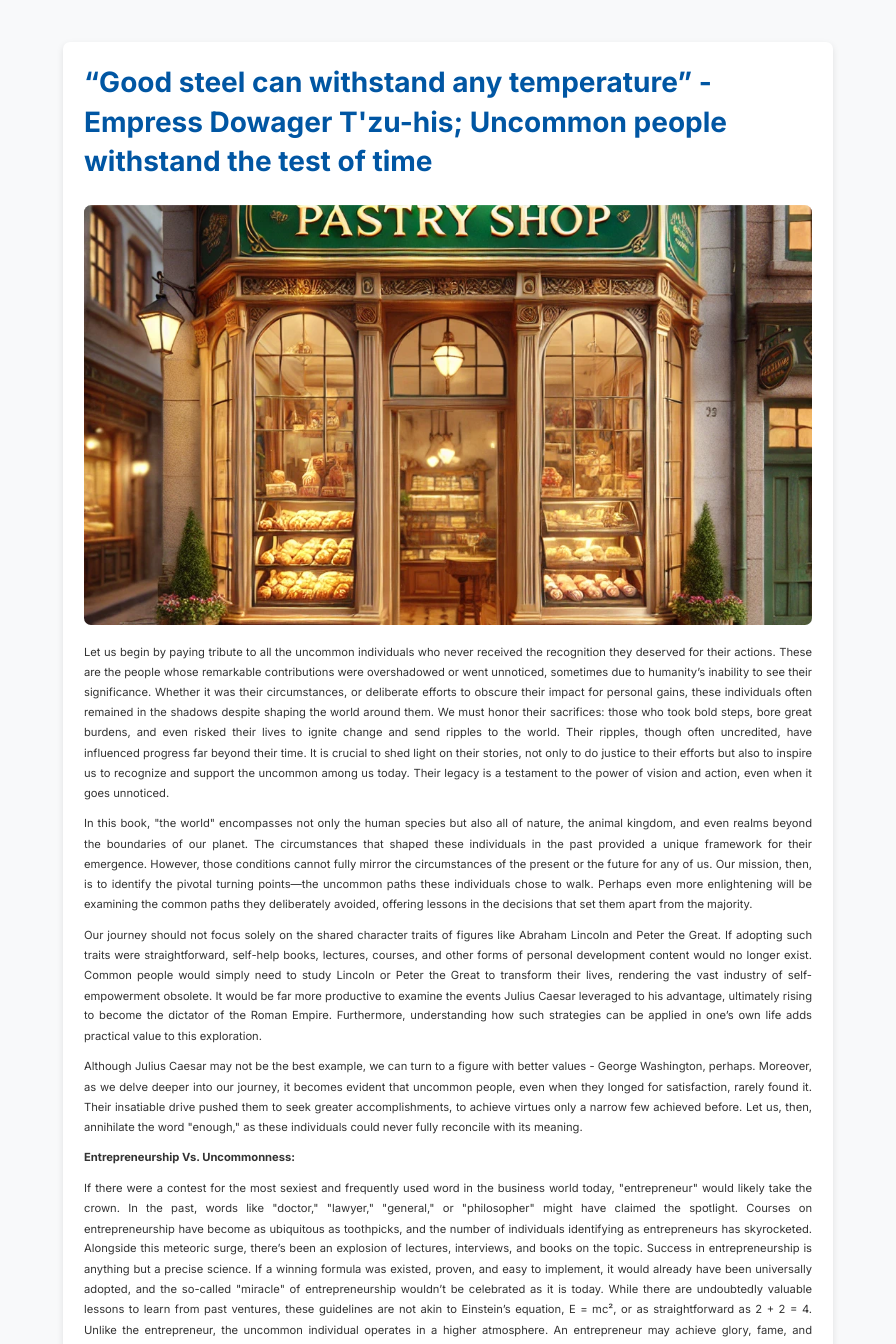
Repository: AvivGranot/Uncommon-Website
Page: Assets/Posts/post2.html
An editor plug-in stored every save of this project. The page is shown before and after the next save, followed by the edit.
The browser window is 1280 px wide. The pictures show the part of the page from y = 0 to 1920 px (the page is 2848 px tall before and 2748 px after), at 70% of full size.

Above is the page before, as saved 2025-01-10 00:01:51.

After the next save:
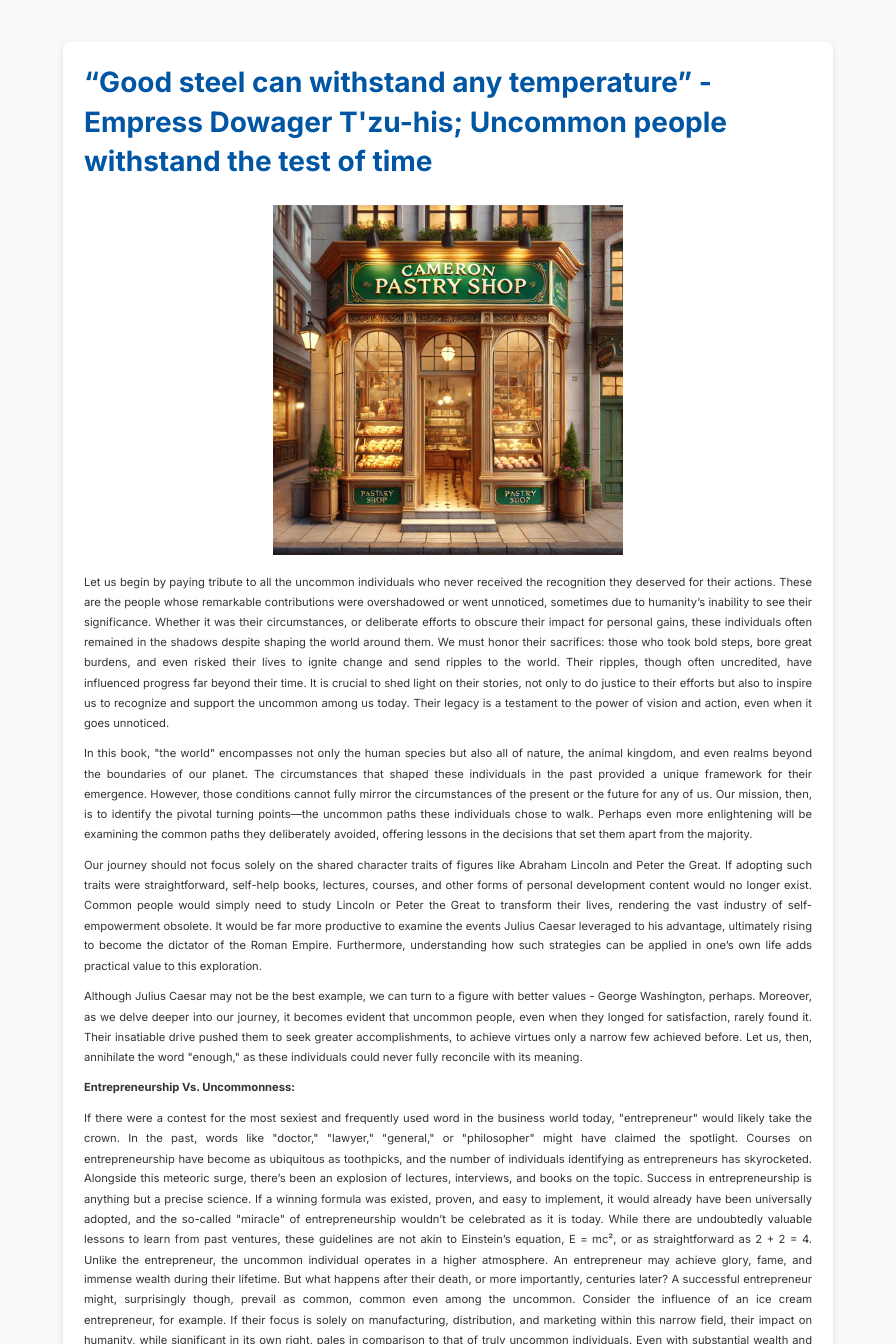
Saved 86 s later.
--- a/Assets/Posts/post2.html
+++ b/Assets/Posts/post2.html
@@ -43,13 +43,15 @@
         }
 
         .image {
-    width: 100%; /* Ensure it takes full width of the container */
-    max-width: 1200px; /* Increase the maximum width for a wider appearance */
-    max-height: 600px; /* Adjust the height limit as needed */
-    object-fit: cover; /* Ensures the image maintains its aspect ratio */
-    border-radius: 10px;
+    width: 100%; /* Ensures the image fills the container width */
+    max-width: 1200px; /* Limits the maximum width */
+    height: auto; /* Automatically adjusts the height proportionally */
+    max-height: 500px; /* Restricts the height to avoid it being too tall */
+    object-fit: contain; /* Maintains aspect ratio without cropping */
+    border-radius: 10px; /* Keeps rounded corners */
     margin: 15px 0;
 }
+
 
 
         footer {
